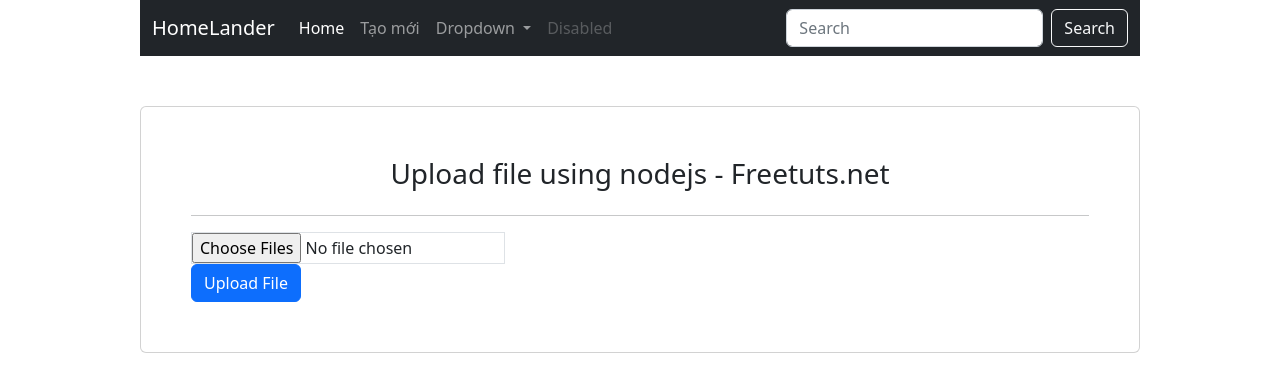
Repository: nguyenhung50497/MD3_CRUD-2Table
Page: src/views/upload.html
An editor plug-in stored every save of this project. The page is shown before and after a run of saves, followed by the edit.
The browser window is 1280 px wide. The pictures show the whole page.

Above is the page before, as saved 2022-12-29 08:56:47.

### src/views/upload.html
<!doctype html>
<html lang="en">
  <head>
    <meta charset="utf-8">
    <meta name="viewport" content="width=device-width, initial-scale=1">
    <title>Home</title>
    <link href="https://cdn.jsdelivr.net/npm/bootstrap@5.2.3/dist/css/bootstrap.min.css" rel="stylesheet" integrity="sha384-rbsA2VBKQhggwzxH7pPCaAqO46MgnOM80zW1RWuH61DGLwZJEdK2Kadq2F9CUG65" crossorigin="anonymous">
  </head>
  <body>
    <div class="container" style="width: 80%;">
      <nav class="navbar navbar-dark bg-dark navbar-expand-lg">
        <div class="container-fluid">
          <a class="navbar-brand" href="/home">HomeLander</a>
          <button class="navbar-toggler" type="button" data-bs-toggle="collapse" data-bs-target="#navbarSupportedContent" aria-controls="navbarSupportedContent" aria-expanded="false" aria-label="Toggle navigation">
            <span class="navbar-toggler-icon"></span>
          </button>
          <div class="collapse navbar-collapse" id="navbarSupportedContent">
            <ul class="navbar-nav me-auto mb-2 mb-lg-0">
              <li class="nav-item">
                <a class="nav-link active" aria-current="page" href="/home">Home</a>
              </li>
              <li class="nav-item">
                <a class="nav-link" href="/create">Tạo mới</a>
              </li>
              <li class="nav-item dropdown">
                <a class="nav-link dropdown-toggle" href="#" role="button" data-bs-toggle="dropdown" aria-expanded="false">
                  Dropdown
                </a>
                <ul class="dropdown-menu">
                  <li><a class="dropdown-item" href="#">Action</a></li>
                  <li><a class="dropdown-item" href="#">Another action</a></li>
                  <li><hr class="dropdown-divider"></li>
                  <li><a class="dropdown-item" href="#">Something else here</a></li>
                </ul>
              </li>
              <li class="nav-item">
                <a class="nav-link disabled">Disabled</a>
              </li>
            </ul>
            <form class="d-flex" role="search" method="post">
              <input class="form-control me-2" name="search" type="search" placeholder="Search" aria-label="Search">
              <button class="btn btn-outline-light" type="submit">Search</button>
            </form>
          </div>
        </div>
      </nav>
      <div class="row">
        <div class="col-md-12">
            <div class="card"  style="margin-top: 5%; padding: 5%;">
                <h3 style="text-align: center;">Upload file using nodejs - Freetuts.net</h3><hr>
                <form action="/upload" method="POST" enctype="multipart/form-data">
                    <div class="form-group">
                        <input multiple type="file" name="img" class="form-control-file border">
                    </div>
                    <button type="submit" class="btn btn-primary btn-block">Upload File</button>
                </form>
            </div>
        </div>
    </div>
    </div>
    <script src="https://cdn.jsdelivr.net/npm/bootstrap@5.2.3/dist/js/bootstrap.bundle.min.js" integrity="sha384-kenU1KFdBIe4zVF0s0G1M5b4hcpxyD9F7jL+jjXkk+Q2h455rYXK/7HAuoJl+0I4" crossorigin="anonymous"></script>
  </body>
</html>

After the next 2 saves:
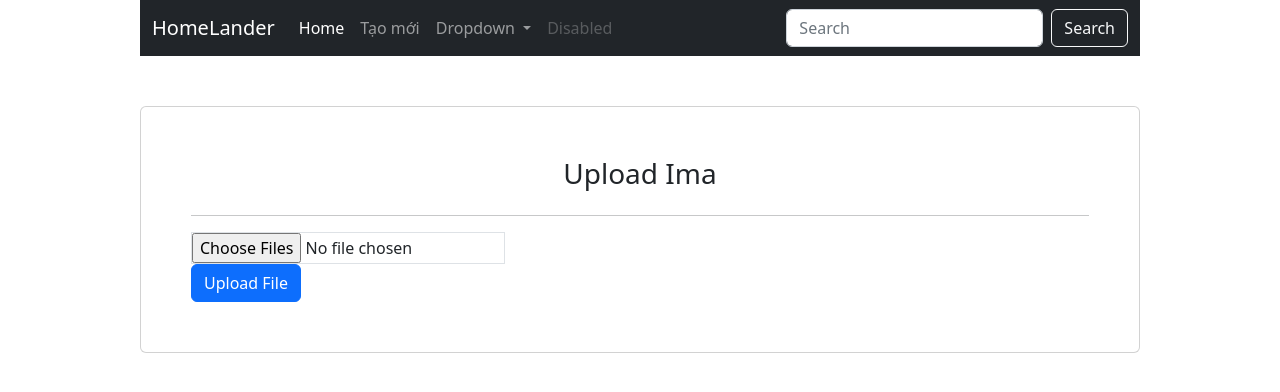
The 2 saves are shown as one change because they came seconds apart.
The last was saved 27 s later.
--- a/src/views/upload.html
+++ b/src/views/upload.html
@@ -47,7 +47,7 @@
       <div class="row">
         <div class="col-md-12">
             <div class="card"  style="margin-top: 5%; padding: 5%;">
-                <h3 style="text-align: center;">Upload file using nodejs - Freetuts.net</h3><hr>
+                <h3 style="text-align: center;">Upload Ima</h3><hr>
                 <form action="/upload" method="POST" enctype="multipart/form-data">
                     <div class="form-group">
                         <input multiple type="file" name="img" class="form-control-file border">
